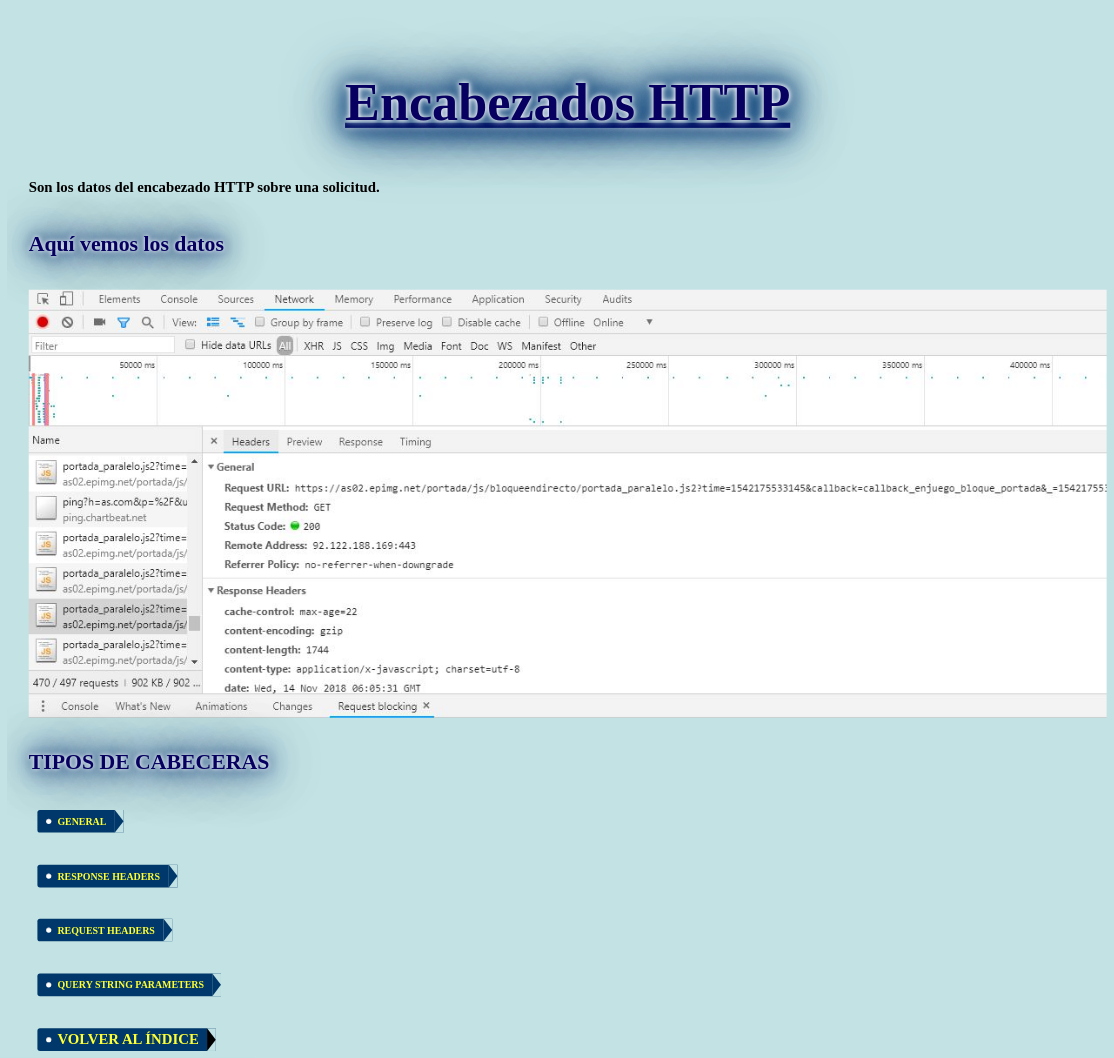
Repository: VictorinoBF97/HerramientasDesarollo
Page: headers.html
The author's editor kept a copy of each file at every save. The page is drawn from the files as they stood at one save, then again after the next save.
The browser window is 1280 px wide. The pictures show the whole page, at 87% of full size.

Above is the page before, as saved 2018-12-09 09:23:15.
Not found: main.js

### headers.html
<!DOCTYPE html>
<html>
<head>
    <meta charset="utf-8" />
    <meta http-equiv="X-UA-Compatible" content="IE=edge">
    <title>Encabezados HTTP</title>
    <meta name="viewport" content="width=device-width, initial-scale=1">
    <link rel="stylesheet" type="text/css" media="screen" href="./css/styles.css" />
    <script src="main.js"></script>
    <link href="./iconoPestaña/images/iconoPestaña.png" rel="shortcut icon" type="image/x-icon" />
</head>
<body>
        <h1><u>Encabezados HTTP</u></h1>
        <p>Son los datos del encabezado HTTP sobre una solicitud.</p>
            <h4>Aquí vemos los datos</h4>
                <img src="./images/encabezado.JPG" />
        <h3>TIPOS DE CABECERAS</h3>
            <h6><a href="general.html">GENERAL</a></h6>
            <h6><a href="responseHeaders.html">RESPONSE HEADERS</a></h6>
            <h6><a href="requestHeaders.html">REQUEST HEADERS</a></h6>
            <h6><a href="queryStringParameters.html">QUERY STRING PARAMETERS</a></h6>



        <a href="indice.html" target="_self" class="volver">VOLVER AL ÍNDICE</a>
</body>
</html>

### css/styles.css
@charset "UTF-8";
html {
  background-color: #c2e2e4;
  overflow: auto;
  overflow-x: scroll; }

.titulo {
  text-shadow: 0px 0px 5px #989993;
  border: 10px ridge #1E90FF;
  width: 75%; }

h1 {
  font-size: 60px;
  font-family: 'Futura';
  color: #070061;
  text-shadow: 0 0 5px #fff, 0 0 10px #fff, 0 0 20px #033a75, 0 0 30px #033a75, 0 0 40px #033a75, 0 0 55px #033a75, 0 0 75px #033a75;
  text-align: center; }

h2, h3, h4 {
  font-size: 25px;
  font-family: 'Futura';
  color: #070061;
  text-shadow: 0 0 5px #fff, 0 0 10px #fff, 0 0 20px #033a75, 0 0 30px #033a75, 0 0 10px #033a75, 0 0 55px #033a75, 0 0 75px #033a75; }

body {
  font: 17px/1.5 'PT Sans', serif;
  font-weight: bold;
  overflow: hidden;
  padding-left: 25px;
  padding-top: 25px; }

.indice {
  font-size: 125%; }

a {
  background: rgb(1, 56, 107);
  border-radius: 3px 0 0 3px;
  color: #ffff33;
  display: inline-block;
  height: 26px;
  line-height: 26px;
  padding: 0 20px 0 23px;
  position: relative;
  margin: 10px 10px 0;
  text-decoration: none;
  -webkit-transition: color 0.2s; }

a::before {
  background: #fff;
  border-radius: 10px;
  box-shadow: inset 0 1px rgba(0, 0, 0, 0.25);
  content: '';
  height: 6px;
  left: 10px;
  position: absolute;
  width: 6px;
  top: 10px; }

a::after {
  background: #c2e2e4;
  border-bottom: 13px solid transparent;
  border-left: 10px solid rgb(1, 56, 107);
  border-top: 13px solid transparent;
  content: '';
  position: absolute;
  right: 0;
  top: 0; }

a:hover {
  background-color: rgb(220,20,60);
  color: #ffffff; }

a:hover::after {
  border-left-color: rgb(220,20,60); }

/* VOLVER AL ├ìNDICE */
.volver::after {
  background: #c2e2e4;
  border-bottom: 13px solid transparent;
  border-left: 10px solid black;
  border-top: 13px solid transparent;
  content: '';
  position: absolute;
  right: 0;
  top: 0; }

.volver:hover {
  background-color: rgb(220,20,60);
  color: #ffffff; }

.volver:hover::after {
  border-right-color: rgb(220,20,60); }

/*# sourceMappingURL=styles.css.map */

After the next save:
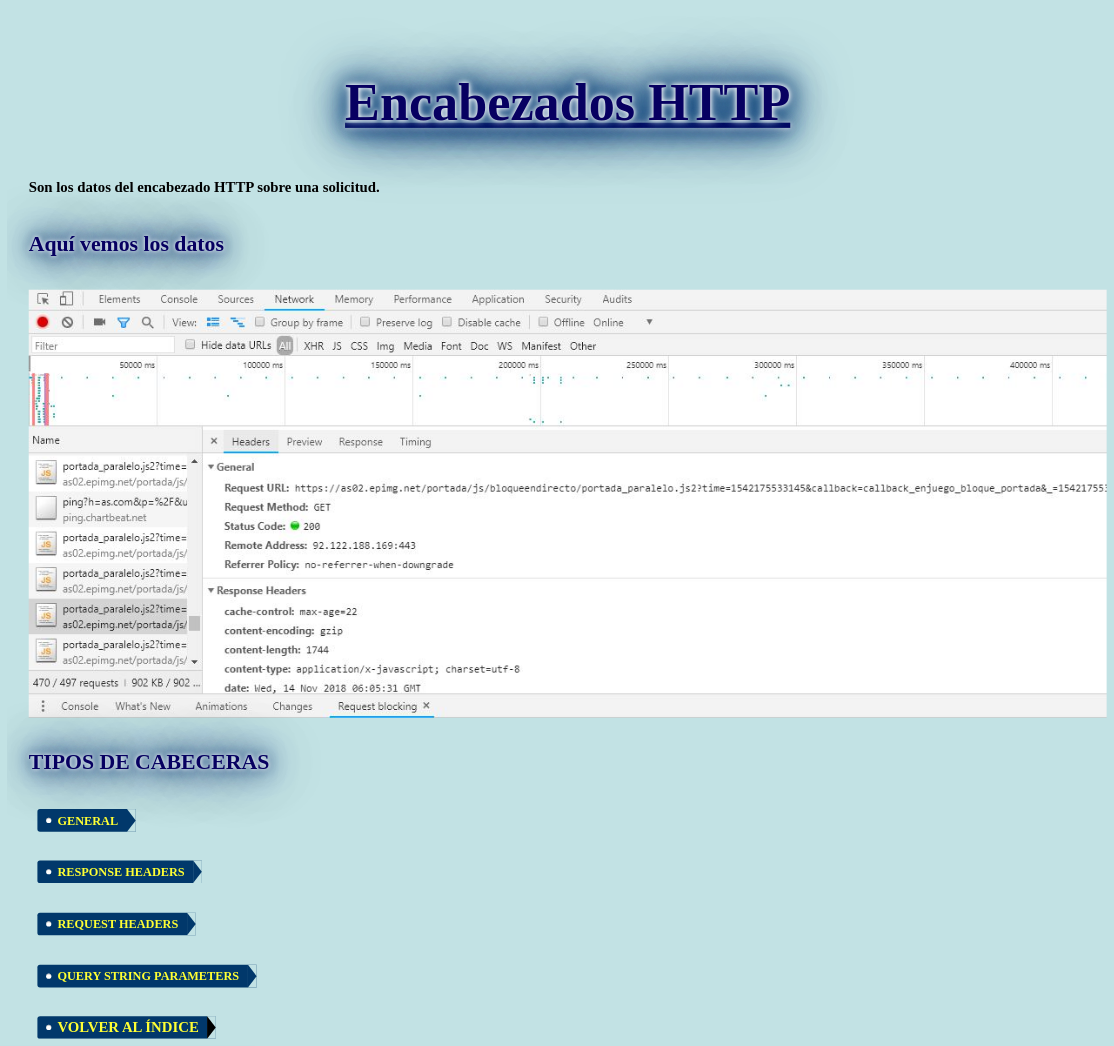
Saved 15 s later.
--- a/headers.html
+++ b/headers.html
@@ -15,10 +15,10 @@
             <h4>Aquí vemos los datos</h4>
                 <img src="./images/encabezado.JPG" />
         <h3>TIPOS DE CABECERAS</h3>
-            <h6><a href="general.html">GENERAL</a></h6>
-            <h6><a href="responseHeaders.html">RESPONSE HEADERS</a></h6>
-            <h6><a href="requestHeaders.html">REQUEST HEADERS</a></h6>
-            <h6><a href="queryStringParameters.html">QUERY STRING PARAMETERS</a></h6>
+            <h5><a href="general.html">GENERAL</a></h5>
+            <h5><a href="responseHeaders.html">RESPONSE HEADERS</a></h5>
+            <h5><a href="requestHeaders.html">REQUEST HEADERS</a></h5>
+            <h5><a href="queryStringParameters.html">QUERY STRING PARAMETERS</a></h6>
 
 
 
